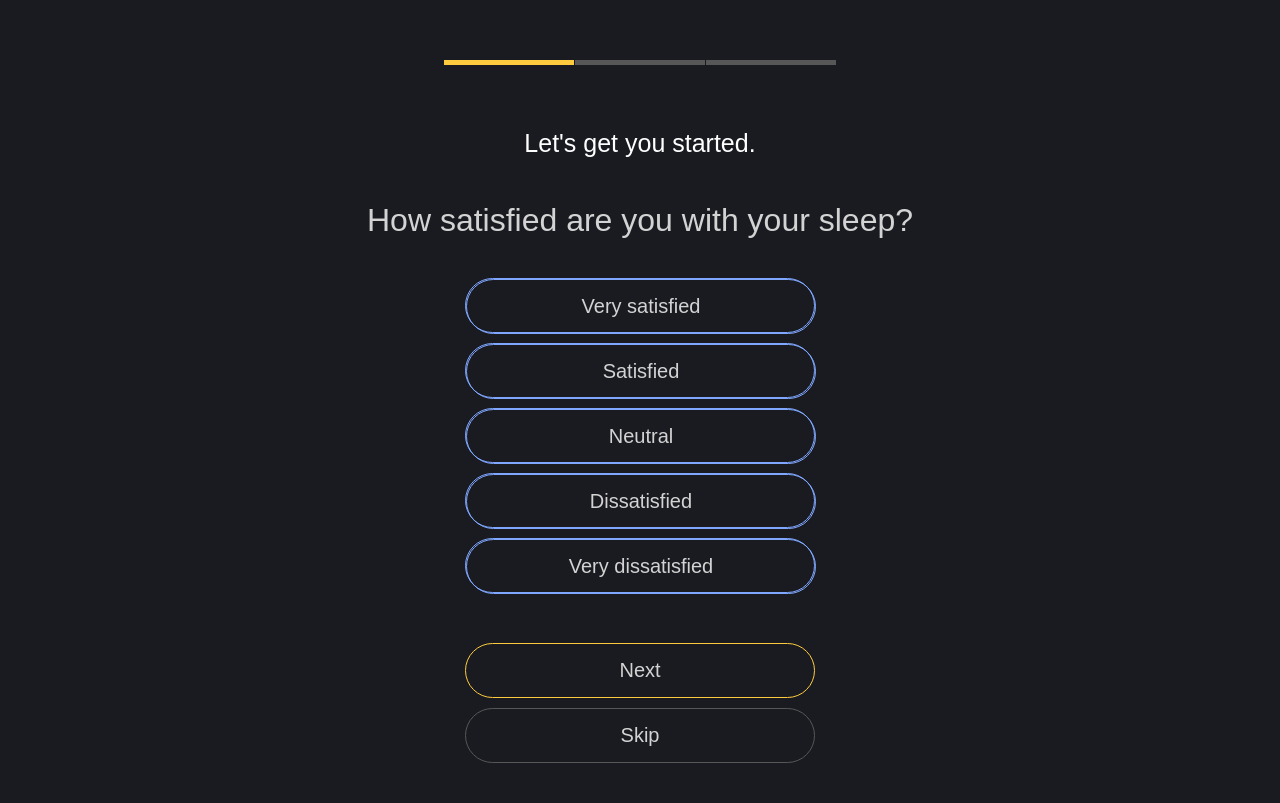
Repository: Crite-Spranberries/sleepixie_app
Page: /onboarding/page1
The author's editor kept a copy of each file at every save. The page is drawn from the files as they stood at one save, then again after the next save.
The browser window is 1280 px wide. The pictures show the whole page.
Some web fonts or font styles are not loaded; a fallback is used. The project was rebuilt for these pictures with package versions that can differ from the ones it lists, and the page was loaded fresh each time. The framework's server and built-in components were replaced by stand-ins that run in the browser. Also part of the build but not shown: next.config.mjs, ui/SkipOverlay/SkipOverlay.module.css, ui/buttons/YellowFilledButton.module.css, ui/buttons/YellowFilledButton.js, ui/SkipOverlay/SkipOverlay.js.

Above is the page before, as saved 2025-05-12 15:20:56.

After the next save:
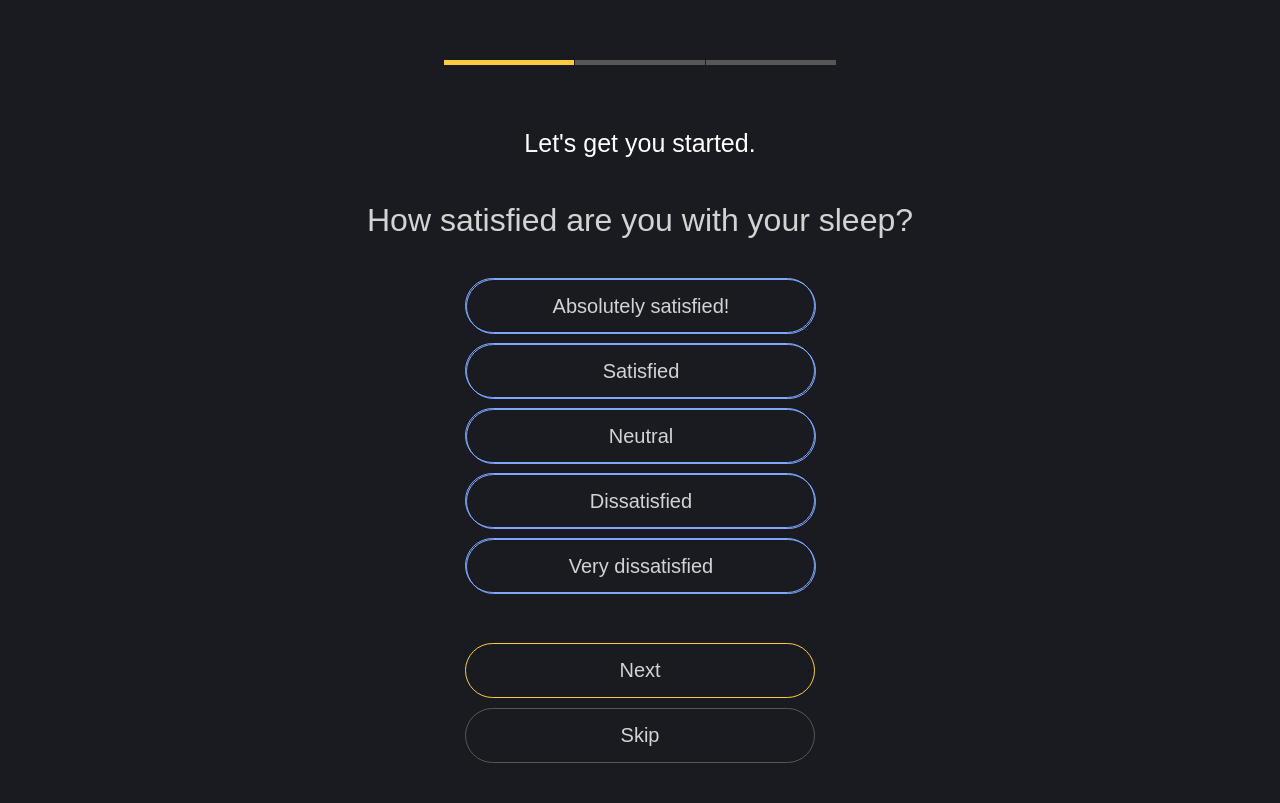
Saved 75 s later.
--- a/app/onboarding/page1/page.js
+++ b/app/onboarding/page1/page.js
@@ -31,9 +31,11 @@
             <div className={styles.buttonContainer}>
                 <div className={styles.blueButtons}>
                     <BlueButton
-                        label="Very satisfied"
-                        isSelected={selectedButton === "Very satisfied"}
-                        onClick={() => handleButtonClick("Very satisfied")}
+                        label="Absolutely satisfied!"
+                        isSelected={selectedButton === "Absolutely satisfied!"}
+                        onClick={() =>
+                            handleButtonClick("Absolutely satisfied!")
+                        }
                     />
                     <BlueButton
                         label="Satisfied"
